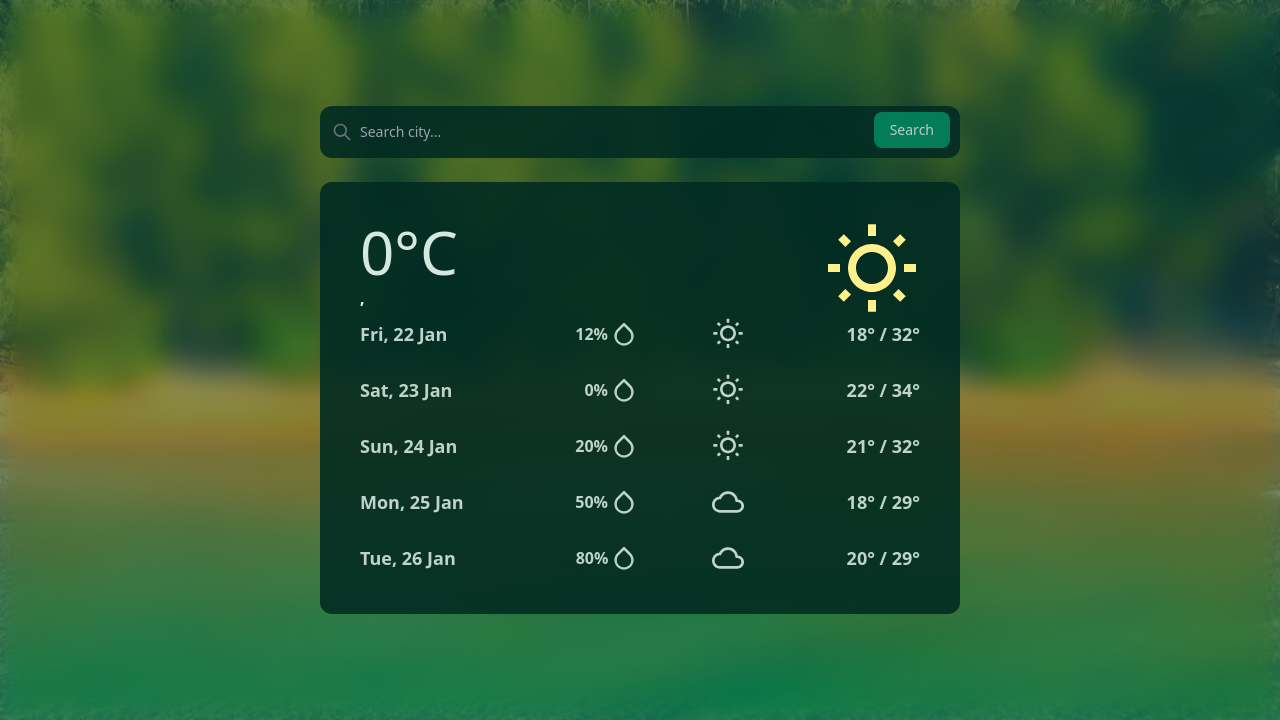
Repository: mikelCabezas/angular-exercices
Page: / (app in weather-app/)
The author's editor kept a copy of each file at every save. The page is drawn from the files as they stood at one save, then again after the next save.
The browser window is 1280 px wide. The pictures show the whole page.
The project was rebuilt for these pictures with package versions that can differ from the ones it lists, and the page was loaded fresh each time. Also part of the build but not shown: weather-app/angular.json.

Above is the page before, as saved 2023-09-18 19:22:43.

After the next save:
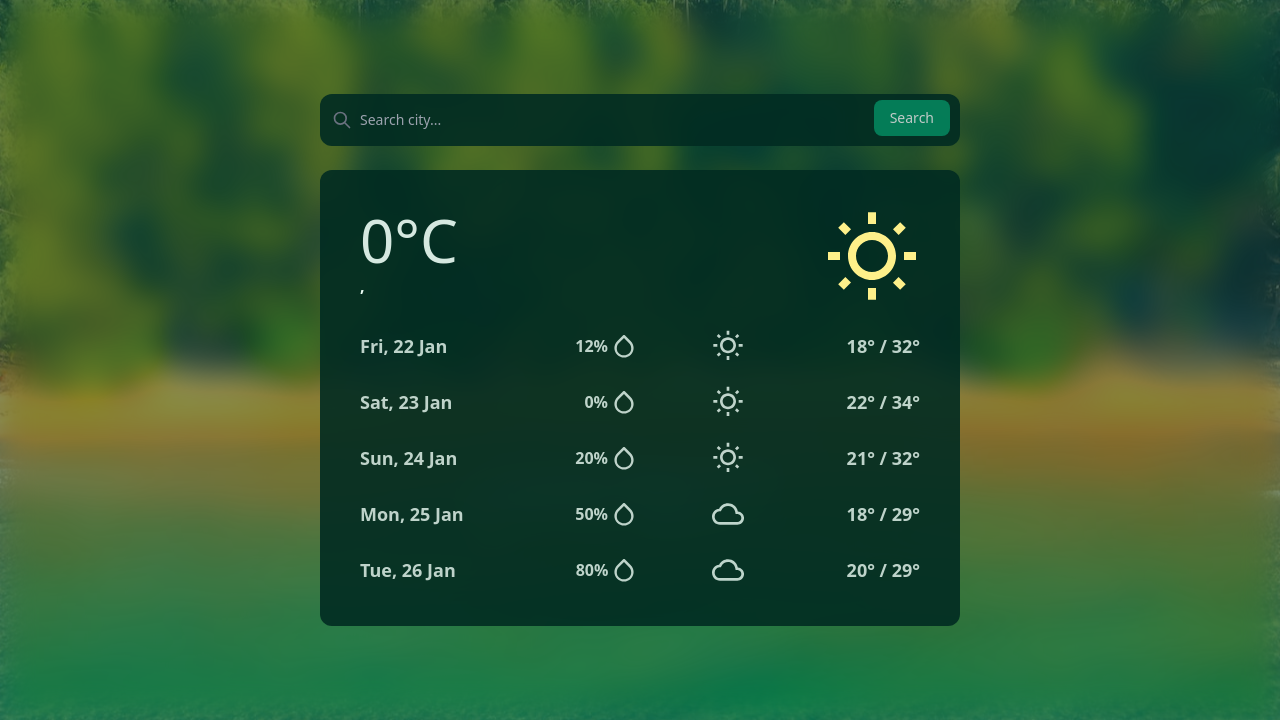
Saved 8 s later.
--- a/weather-app/src/app/components/dashboard/dashboard.component.html
+++ b/weather-app/src/app/components/dashboard/dashboard.component.html
@@ -57,7 +57,7 @@
             </svg>
         </div>
 
-        <div class="flex flex-col space-y-6 ">
+        <div class="flex flex-col space-y-6 mt-6">
             <div class="flex justify-between items-center">
                 <span class="font-semibold text-lg w-1/4">Fri, 22 Jan</span>
                 <div class="flex items-center justify-end w-1/4 pr-10">
